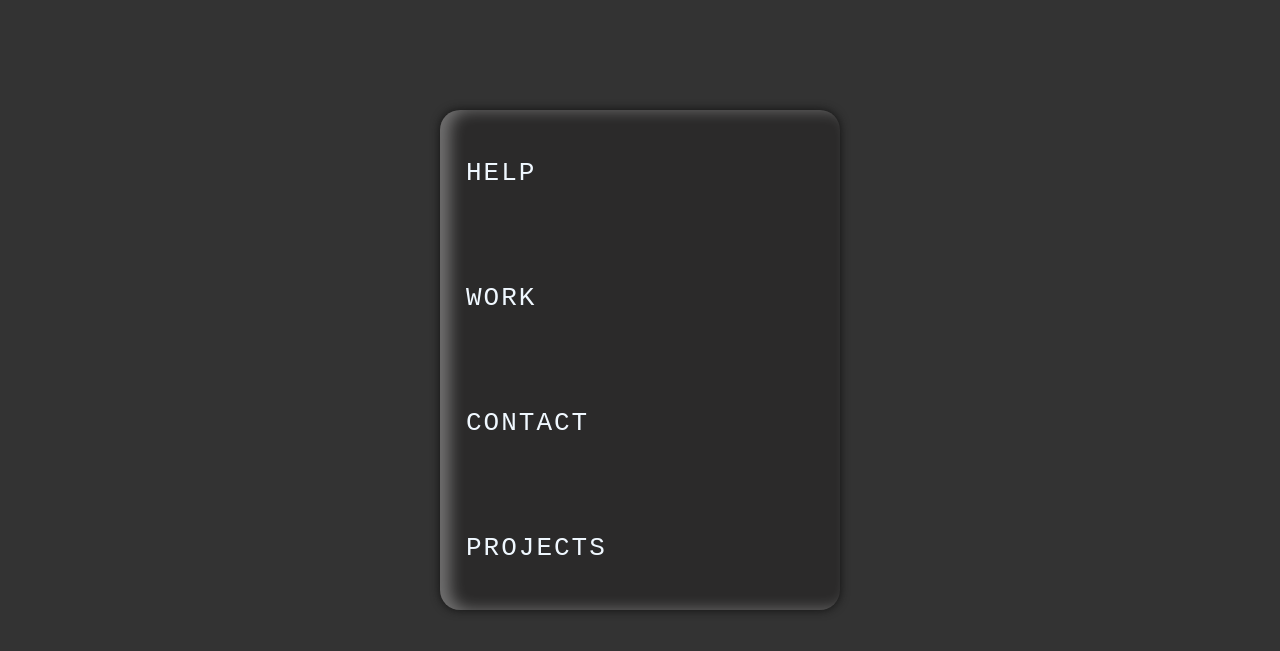
Repository: Rostyk-qq/Projects_Web
Page: menuRanLine/ranLine.html
An editor plug-in stored every save of this project. The page is shown before and after the next save, followed by the edit.
The browser window is 1280 px wide. The pictures show the whole page.

Above is the page before, as saved 2023-09-30 02:11:28.

After the next save:
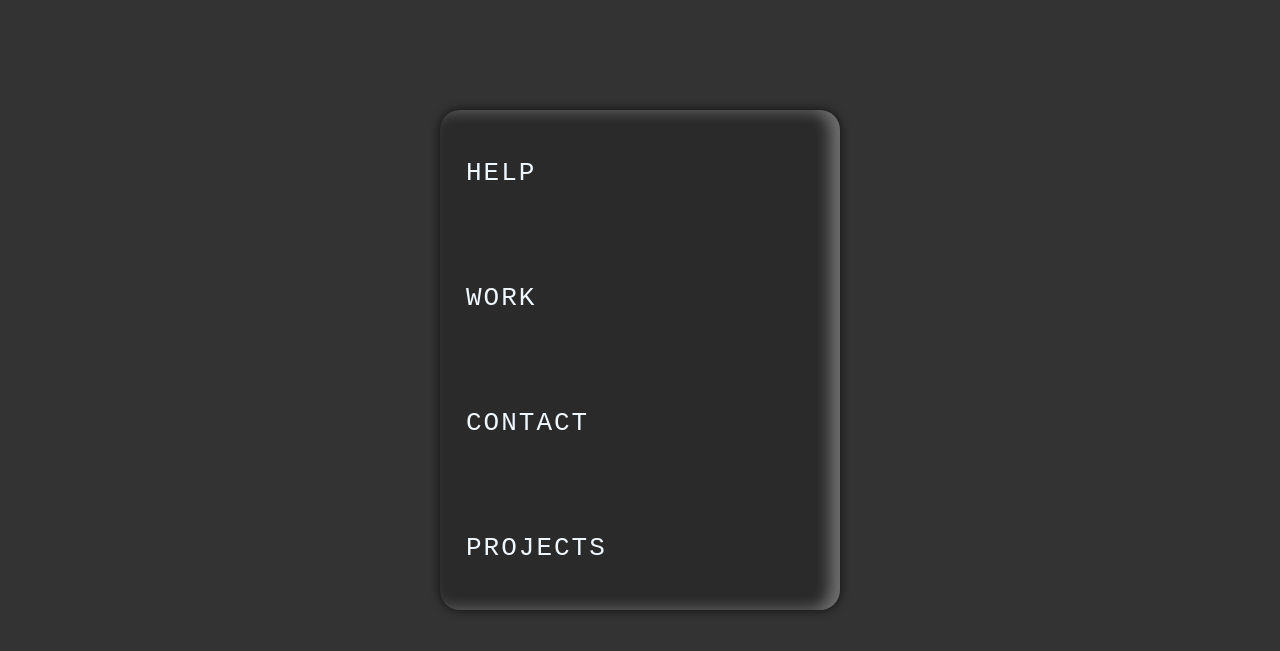
Saved 6 s later.
--- a/menuRanLine/ranLine.css
+++ b/menuRanLine/ranLine.css
@@ -26,7 +26,7 @@ body{
     border-radius: 20px;
     background-color: #2b2a2a;
     overflow: hidden;
-    box-shadow: 0px 0px 10px #111, inset 10px 0px 15px #fff5;
+    box-shadow: 0px 0px 10px #111, inset -10px 0px 15px #fff5;
 }
 .menu__list {
     list-style-type: none;
